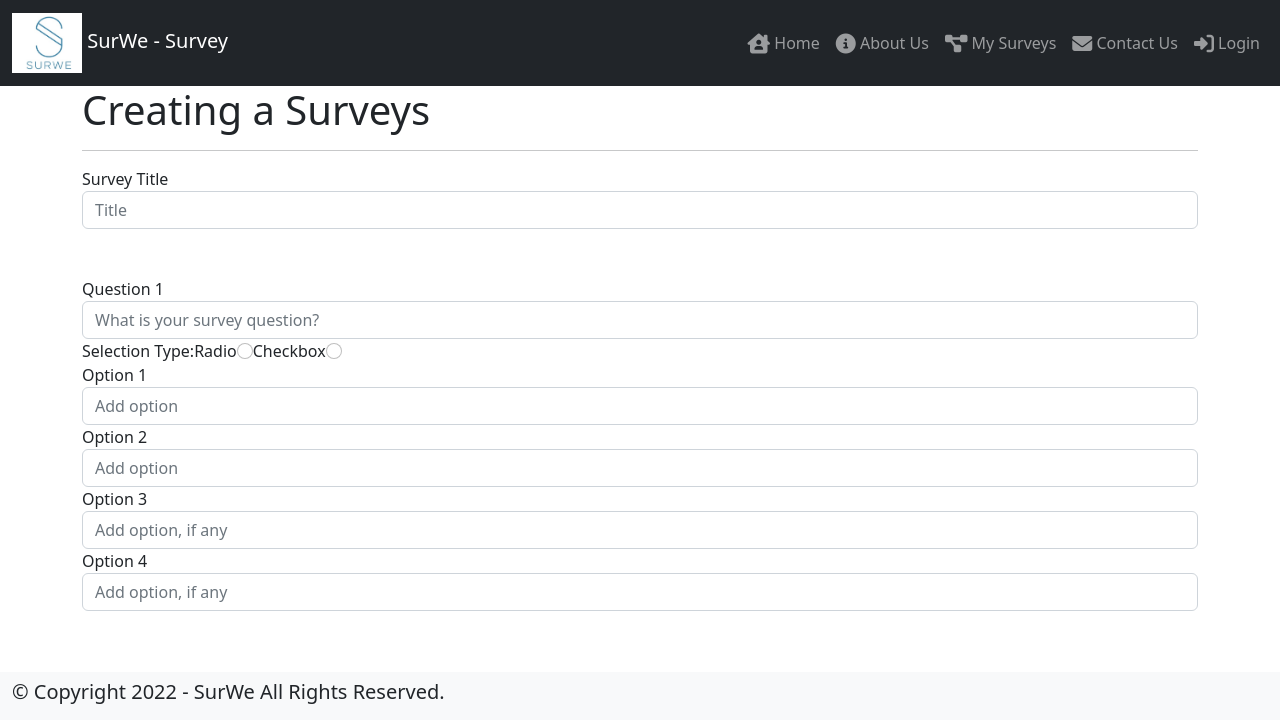
Repository: ryanchandata/comp229-m2022-group6-frontend
Page: /add
These files come from the project's save history. The page is drawn as it stood at one moment and after the next save; the edit follows.
The browser window is 1280 px wide. The pictures show the whole page.
The project was rebuilt for these pictures with package versions that can differ from the ones it lists, and the page was loaded fresh each time. Also part of the build but not shown: src/content/home.tsx, src/content/about.tsx, src/content/contact.tsx, src/survey-list/landing.tsx, src/survey-list/edit.tsx, src/content/PageNotFound.tsx, src/authentication/login.tsx, src/authentication/logout.tsx and 1 more.

Above is the page before, as saved 2022-07-29 16:58:37.

After the next save:
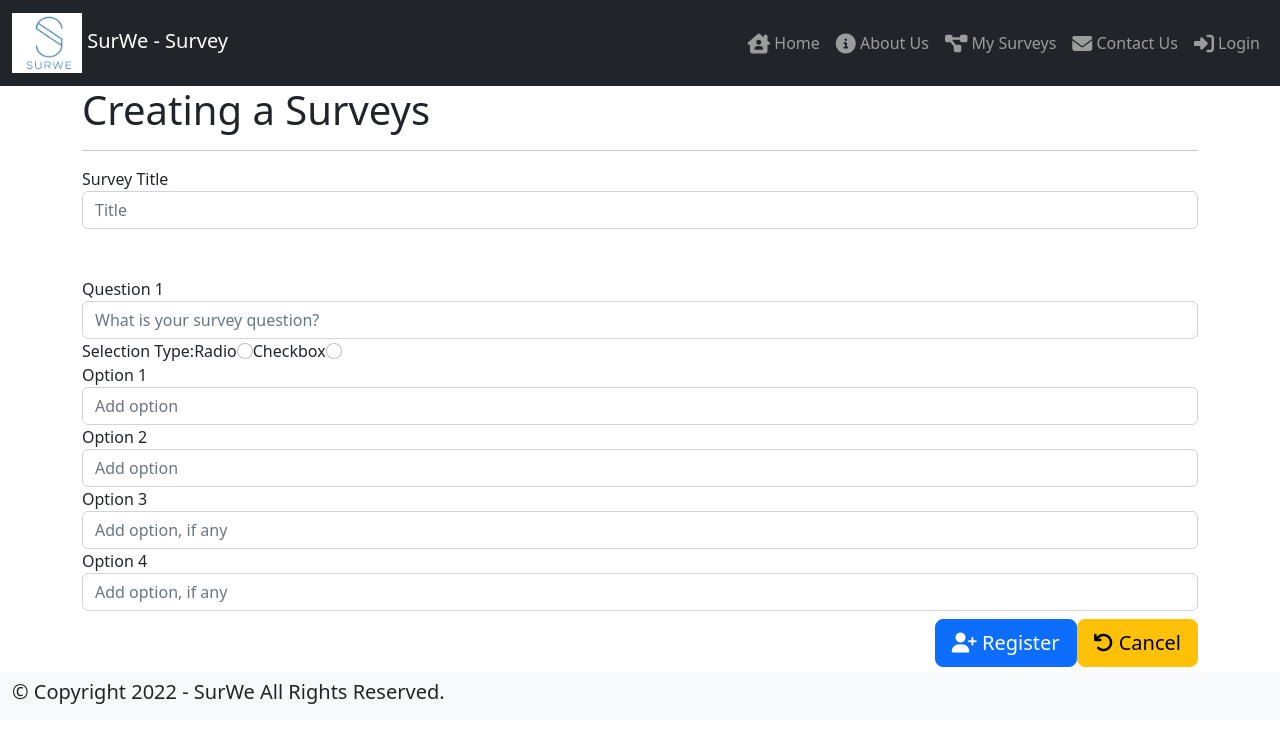
Saved 3 min 12 s later.
--- a/src/survey-list/add.tsx
+++ b/src/survey-list/add.tsx
@@ -1,4 +1,5 @@
 import React, { useEffect } from 'react';
+import { Link } from 'react-router-dom';
 
 function Add()
 {
@@ -32,6 +33,12 @@ function Add()
                     <label htmlFor="option4">Option 4</label>
                     <input type="text" className="form-control" placeholder="Add option, if any" id="options4" name="options4" value="" ></input>
                 </div>
+                <div className="text-end mt-2">
+                        <button id="submitButton" type="submit" className="btn btn-primary btn-lg">
+                            <i className="fas fa-user-plus"></i> Register</button>
+                        <Link to= {"/home"} className="link"><button id="cancelButton" type="reset" className="btn btn-warning btn-lg">
+                            <i className="fas fa-undo"></i> Cancel</button></Link>
+                        </div>
             </form>
         </div>
     );
